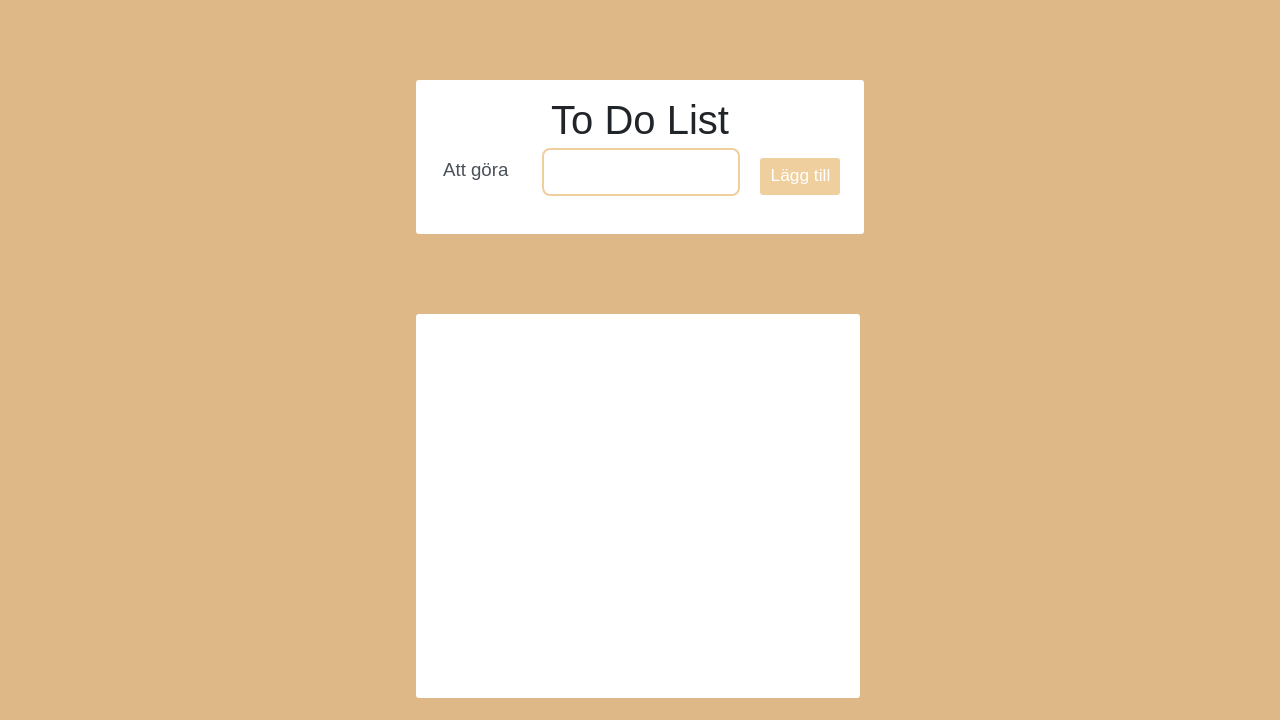
Repository: skepp4rn/todolist
Page: index.html
The author's editor kept a copy of each file at every save. The page is drawn from the files as they stood at one save, then again after a run of saves.
The browser window is 1280 px wide. The pictures show the whole page.
The page's requests for data from a server got no answer. Some web libraries are served in a nearby version.

Above is the page before, as saved 2021-01-28 12:25:18.

After the next 2 saves:
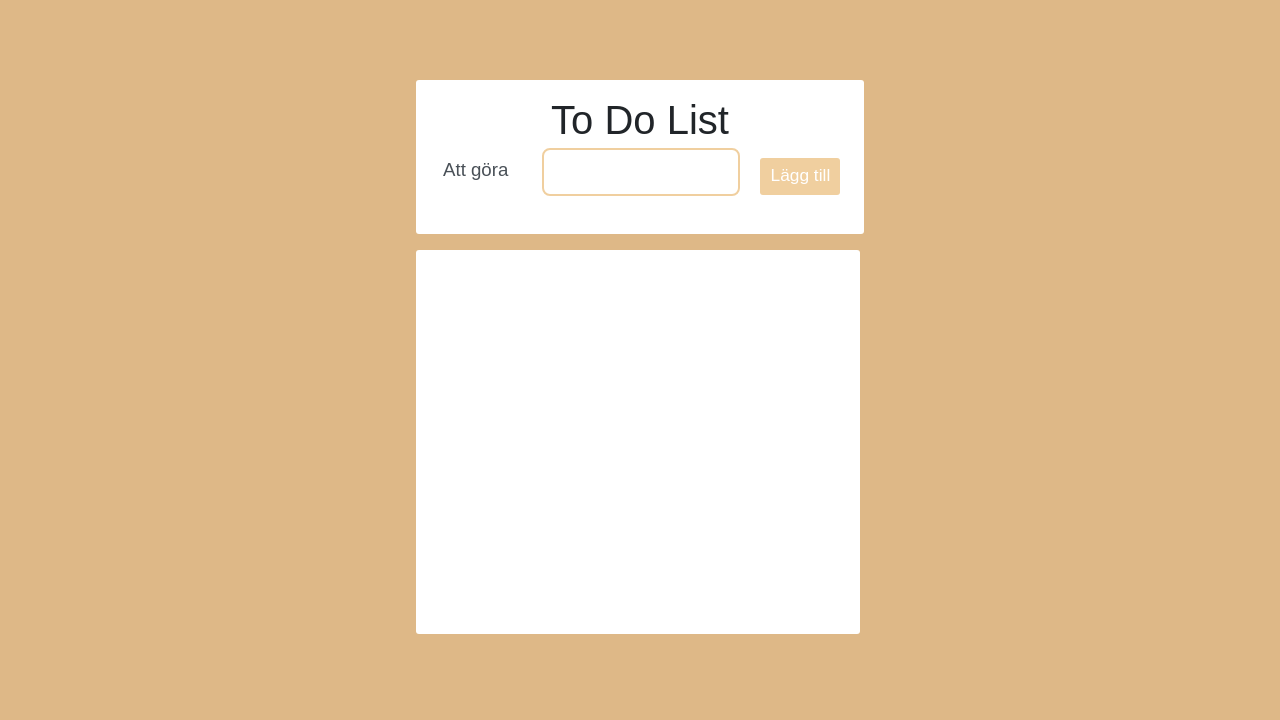
The 2 saves are shown as one change because they came seconds apart.
The last was saved 19 s later.
--- a/css/style.css
+++ b/css/style.css
@@ -28,7 +28,7 @@ body {
     justify-content: center;
     background-color: #ffffff;
     border-radius: 3px;
-    margin-top: 5rem;
+    margin-top: 1rem;
     padding-bottom: 2rem;
     height: 30vw;
     overflow-y: auto;
